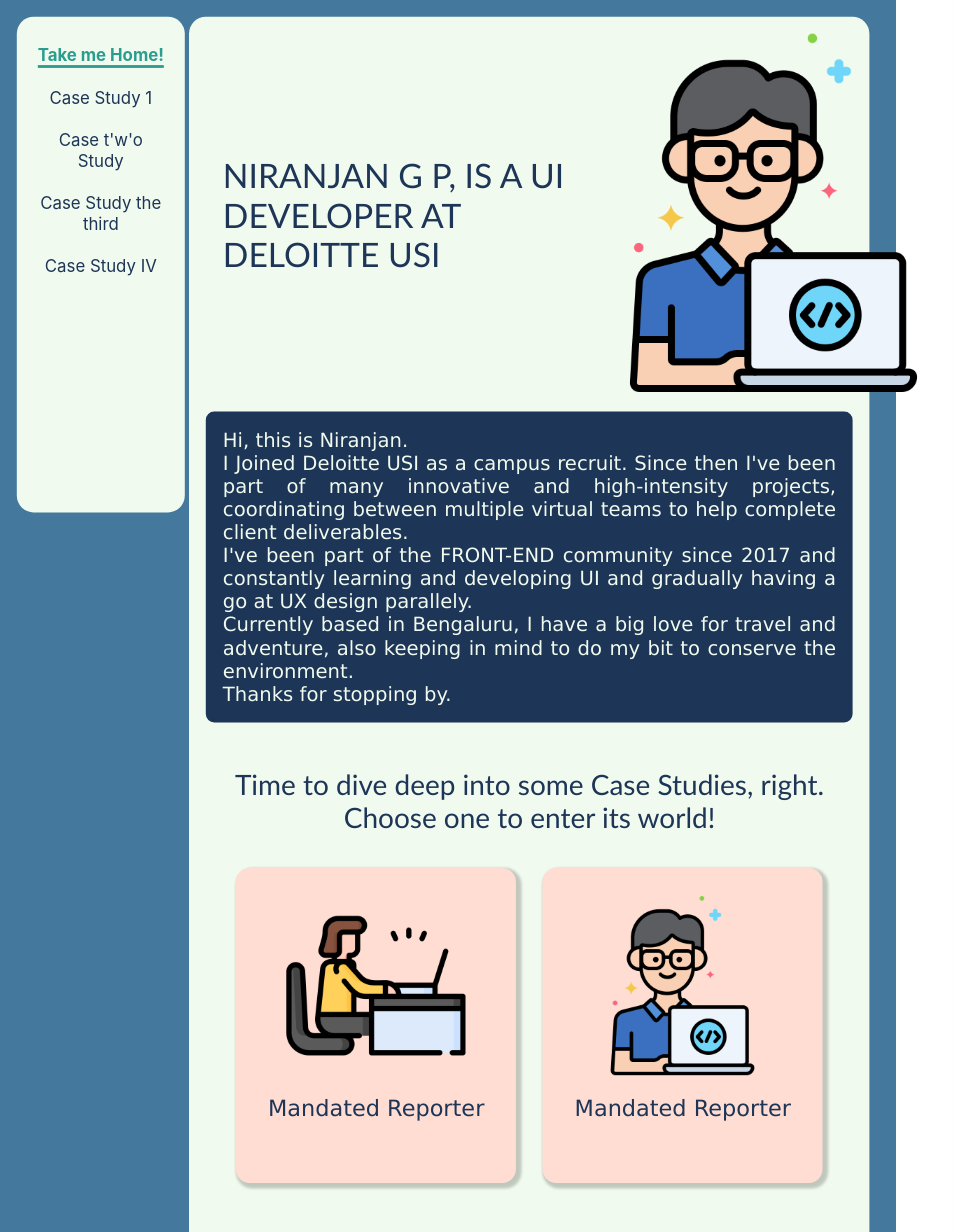
Repository: niranjangp/portfolioReact
Page: /
The author's editor kept a copy of each file at every save. The page is drawn from the files as they stood at one save, then again after the next save.
The browser window is 1280 px wide. The page is 1361 px wide, so the pictures cover 1361 px, including what lies to the right of the window. The pictures show the part of the page from y = 0 to 1760 px (the page is 2551 px tall), at 70% of full size.
The project was rebuilt for these pictures with package versions that can differ from the ones it lists, and the page was loaded fresh each time. Also part of the build but not shown: src/pages/csOne.jsx, src/pages/notFound.jsx.

Above is the page before, as saved 2022-02-01 01:03:20.

### public/index.html
<!DOCTYPE html>
<html lang="en">
  <head>
    <meta charset="utf-8" />
    <!--<link rel="icon" href="%PUBLIC_URL%/favicon.ico" />-->
    <meta name="viewport" content="width=device-width, initial-scale=1" />
    <meta name="theme-color" content="#000000" />
    <meta
      name="description"
      content="Web site created using create-react-app"
    />
    <!--<link rel="apple-touch-icon" href="%PUBLIC_URL%/logo192.png" />-->
    <!--
      manifest.json provides metadata used when your web app is installed on a
      user's mobile device or desktop. See https://developers.google.com/web/fundamentals/web-app-manifest/
    -->
    <link rel="manifest" href="%PUBLIC_URL%/manifest.json" />
    <!--
      Notice the use of %PUBLIC_URL% in the tags above.
      It will be replaced with the URL of the `public` folder during the build.
      Only files inside the `public` folder can be referenced from the HTML.

      Unlike "/favicon.ico" or "favicon.ico", "%PUBLIC_URL%/favicon.ico" will
      work correctly both with client-side routing and a non-root public URL.
      Learn how to configure a non-root public URL by running `npm run build`.
    -->
    <title>Portfolio</title>
  </head>
  <body>
    <noscript>You need to enable JavaScript to run this app.</noscript>
    <div id="root"></div>
    <!--
      This HTML file is a template.
      If you open it directly in the browser, you will see an empty page.

      You can add webfonts, meta tags, or analytics to this file.
      The build step will place the bundled scripts into the <body> tag.

      To begin the development, run `npm start` or `yarn start`.
      To create a production bundle, use `npm run build` or `yarn build`.
    -->
  </body>
</html>

### src/index.css
body {
  margin: 0;
  font-family: -apple-system, BlinkMacSystemFont, 'Segoe UI', 'Roboto', 'Oxygen',
    'Ubuntu', 'Cantarell', 'Fira Sans', 'Droid Sans', 'Helvetica Neue',
    sans-serif;
  -webkit-font-smoothing: antialiased;
  -moz-osx-font-smoothing: grayscale;
  box-sizing: border-box;
}

code {
  font-family: source-code-pro, Menlo, Monaco, Consolas, 'Courier New',
    monospace;
}

p {
  margin: 0;
}

### src/App.js
import './App.css';

import { Route, NavLink, Switch, Redirect } from 'react-router-dom';
import EnterTheDesign from './pages/enterDesign';
import CSOne from './pages/csOne';
import NotFound from './pages/notFound';

function App() {
  const flatIconLink = "https://www.flaticon.com/free-icons/programmer";


  return (
    <div className='App'>
      <div className="containerOne">
        <nav className='navigation'>
          <div className='navDiv'>
            <NavLink activeClassName="nav-link active" className="nav-link" to="/enter-the-design">Take me Home!</NavLink>
          </div>
          <div className='navDiv'>
            <NavLink activeClassName="nav-link active" className="nav-link" to="/cs-one">Case Study 1</NavLink>
          </div>
          <div className='navDiv'>
            <NavLink activeClassName="nav-link active" className="nav-link" to="/cs-two">Case t'w'o Study</NavLink>
          </div>
          <div className='navDiv'>
            <NavLink activeClassName="nav-link active" className="nav-link" to="/cs-three">Case Study the third</NavLink>
          </div>
          <div className='navDiv'>
            <NavLink activeClassName="nav-link active" className="nav-link" to="/cs-three">Case Study IV</NavLink>
          </div>
        </nav>
        <main className='mainOne'>
          <Switch>
            <Route exact path="/" ><Redirect to="/enter-the-design" /></Route>
            <Route path="/enter-the-design" ><EnterTheDesign /></Route>
            <Route exact path="/cs-one" ><CSOne /></Route>

            <Route path="*"><NotFound /></Route>
          </Switch>
          {/*<div className='firstRow'>
            <div className="width-60">
              <p className='fr-info'>NIRANJAN G P, IS A UI DEVELOPER AT DELOITTE USI</p>
            </div>
            <div className="width-40 img-block">
              <img src={avatarIcon} alt="avatar-icon" className='avtr-img' />
            </div>
          </div>
          <div className='sec-row'>
            <p>Hi, this is Niranjan.</p>
            <p>I Joined Deloitte USI as a campus recruit. Since then I've been part of many innovative and high-intensity projects, coordinating between multiple virtual teams to help complete client deliverables.</p>
            <p>I've been part of the FRONT-END community since 2017 and constantly learning and developing UI and gradually having a go at UX design parallely.</p>
            <p>Currently based in Bengaluru, I have a big love for travel and adventure, also keeping in mind to do my bit to conserve the environment.</p>
            <p>Thanks for stopping by.</p>
          </div>*/}

        </main>
        <footer>
          <div className='footer-info'>
            <p>Niranjan G P</p>
            <p>Design & Develop</p>
            <p>Please consider the Environment while printing.</p>
          </div>
          <div>
            <a href={flatIconLink} title="programmer icons">Programmer icons created by Flat Icons - Flaticon</a>
            <a href="https://www.flaticon.com/free-icons/work-from-home" title="work from home icons">Work from home icons created by Freepik - Flaticon</a>
            {/*<a target="_blank" rel="noopener noreferrer" href={avatarLink}>Avatar</a> icon by <a target="_blank" rel="noopener noreferrer" href={icon8link}>Icons8</a>*/}
          </div>
        </footer>
      </div>

    </div>
  );
}

export default App;

### src/App.css
.containerOne {
  background-color: #45789d;
  padding: 24px;
  position: relative;
}

.mainOne {
  width: 75%;
  margin-left: 20%;
  background-color: #F1FAEE;
  height: 100%;
  border-radius: 1.5rem;
  padding:24px;
}

.navigation {
  position: absolute;
  top: 24px;
  left: 24px;
  width: 15%;
  height: 660px;
  background-color: #F1FAEE;
  border-radius: 1.5rem;
  padding:24px;
}

.navDiv {
  padding: 16px 0;
  text-align: center;
}

.nav-link {
  font-size: 24px;
  text-decoration: none;
  color: #1d3557;
}

.nav-link.active {
  color: #2a9d8f;
  font-weight: bold;
  border-bottom: 4px solid #2a9d8f;
}

.fr-info {
  font-size: 3rem;
  font-family:'Gill Sans', 'Gill Sans MT', Calibri, 'Trebuchet MS', sans-serif;
  padding: 24px;
  color: #1d3557;
}

.firstRow {
  display: flex;
  align-items: center;
  margin-bottom: 1.5rem;
}

.width-60 {
  width: 60%;
}

.width-40 {
  width: 40%;
}

.fullWidth {
  width: 100%;
}

.img-block {
  text-align: center;
}

.sec-row {
  background-color: #1d3557;
  color: #f1faee;
  border-radius: 0.75rem;
  padding: 24px;
  font-family: 'Lucida Sans', 'Lucida Sans Regular', 'Lucida Grande', 'Lucida Sans Unicode', Geneva, Verdana, sans-serif;
  font-size: 28px;
  text-align: justify;
}

.centered {
  margin: 3rem auto;
  text-align: center;
  display: flex;
  justify-content: center;
  align-items: center;
}

.linkSel {
  text-decoration: underline;
  font-weight: bold;
}

.third-row {
  display: flex;
  flex-wrap: wrap;
  padding: 64px 24px;
}

.card-box {
  width: 50%;
  text-align: center;
}

.card {
  width: 400px;
  height: 450px;
  background-color: #ffddd2;
  border-radius: 20px;
  box-shadow: 4px 4px 4px 4px rgba(0, 0, 0, 0.2);
  margin: 3rem auto;
  flex-grow: 1;
  flex-shrink: 1;
  transition: width 500ms ease 0s;
}

.card:hover {
  box-shadow: 4px 4px 4px 8px rgba(0, 0, 0, 0.2);
  width: 420px;
  height: 470px;
  cursor: pointer;
}

.card a {
  text-decoration: none;
}

.card p {
  font-size: 32px;
  padding: 24px;
  color: #1d3557;
  font-family: Verdana, Geneva, Tahoma, sans-serif;
}

.card-icon {
  width: 256px;
  margin-top: 40px;
}

.intro-cs {
  text-align: center;
  font-size: 40px;
  color: #1d3557;
  font-family:'Trebuchet MS', 'Lucida Sans Unicode', 'Lucida Grande', 'Lucida Sans', Arial, sans-serif;
}

footer {
  width: 75%;
  margin-left: 20%;
  background-color: #F1FAEE;
  height: 100%;
  border-radius: 1.5rem;
  padding:24px;
}
.footer-info {
  font-size: 1.5rem;
}

/*.containerOne {
  background-color: #F1FAEE;
}
.mainOne {
  background-color: #a8dadc;
  width: 75%;
  margin-left: 20%;
  /-*background-color: #45789d;*-/
  height: 660px;
}

.p1 {
  color: #1d3557;
}
.p2 {
  color: #f1faee;
}*/

/*.App-logo {
  height: 40vmin;
  pointer-events: none;
}

@media (prefers-reduced-motion: no-preference) {
  .App-logo {
    animation: App-logo-spin infinite 20s linear;
  }
}

.App-header {
  background-color: #282c34;
  min-height: 100vh;
  display: flex;
  flex-direction: column;
  align-items: center;
  justify-content: center;
  font-size: calc(10px + 2vmin);
  color: white;
}

.App-link {
  color: #61dafb;
}*/

@keyframes App-logo-spin {
  from {
    transform: rotate(0deg);
  }
  to {
    transform: rotate(360deg);
  }
}

### src/pages/enterDesign.jsx
import React from 'react';
import Icons from '../assets/programmer.png';
import WorkingIcon from '../assets/working.png';
import { Link } from 'react-router-dom';


const enterDesign = () => {
    const avatarIcon = Icons;

    const navtoCardDet = () => {
        try {
            console.log('inside card det func');
        } catch (e) {
            console.log('Error in navToCardDet', e.stack());
        }
    }

    return (
        <React.Fragment>
            <div className='firstRow'>
                <div className="width-60">
                    <p className='fr-info'>NIRANJAN G P, IS A UI DEVELOPER AT DELOITTE USI</p>
                </div>
                <div className="width-40 img-block">
                    <img src={avatarIcon} alt="avatar-icon" className='avtr-img' />
                </div>
            </div>
            <div className='sec-row'>
                <p>Hi, this is Niranjan.</p>
                <p>I Joined Deloitte USI as a campus recruit. Since then I've been part of many innovative and high-intensity projects, coordinating between multiple virtual teams to help complete client deliverables.</p>
                <p>I've been part of the FRONT-END community since 2017 and constantly learning and developing UI and gradually having a go at UX design parallely.</p>
                <p>Currently based in Bengaluru, I have a big love for travel and adventure, also keeping in mind to do my bit to conserve the environment.</p>
                <p>Thanks for stopping by.</p>
            </div>
            <div className='third-row'>
                <div className='fullWidth intro-cs'>
                    <p>Time to dive deep into some Case Studies, right.</p>
                    <p>Choose one to enter its world!</p>
                </div>
                <div className='card-box'>
                    <div className="card">
                        <Link to="/cs-one">
                            <img src={WorkingIcon} alt="card-icon" className='card-icon' />
                            <p>Mandated Reporter</p>
                            {/*<p>Click to Enter!!!</p>*/}
                        </Link>
                    </div>
                </div>
                <div className='card-box'>
                    <div className="card" onClick={navtoCardDet}>
                        <img src={avatarIcon} alt="card-icon" className='card-icon' />
                        <p>Mandated Reporter</p>
                    </div>
                </div>
                <div className='card-box'>
                    <div className="card" onClick={navtoCardDet}>
                        <img src={avatarIcon} alt="card-icon" className='card-icon' />
                        <p>Mandated Reporter</p>
                    </div>
                </div>
                <div className='card-box'>
                    <div className="card" onClick={navtoCardDet}>
                        <img src={avatarIcon} alt="card-icon" className='card-icon' />
                        <p>Mandated Reporter</p>
                    </div>
                </div>
            </div>
        </React.Fragment>
    )
};

export default enterDesign;

Loaded but not shown: src/index.js (common file); src/reportWebVitals.js (common file)

After the next save:
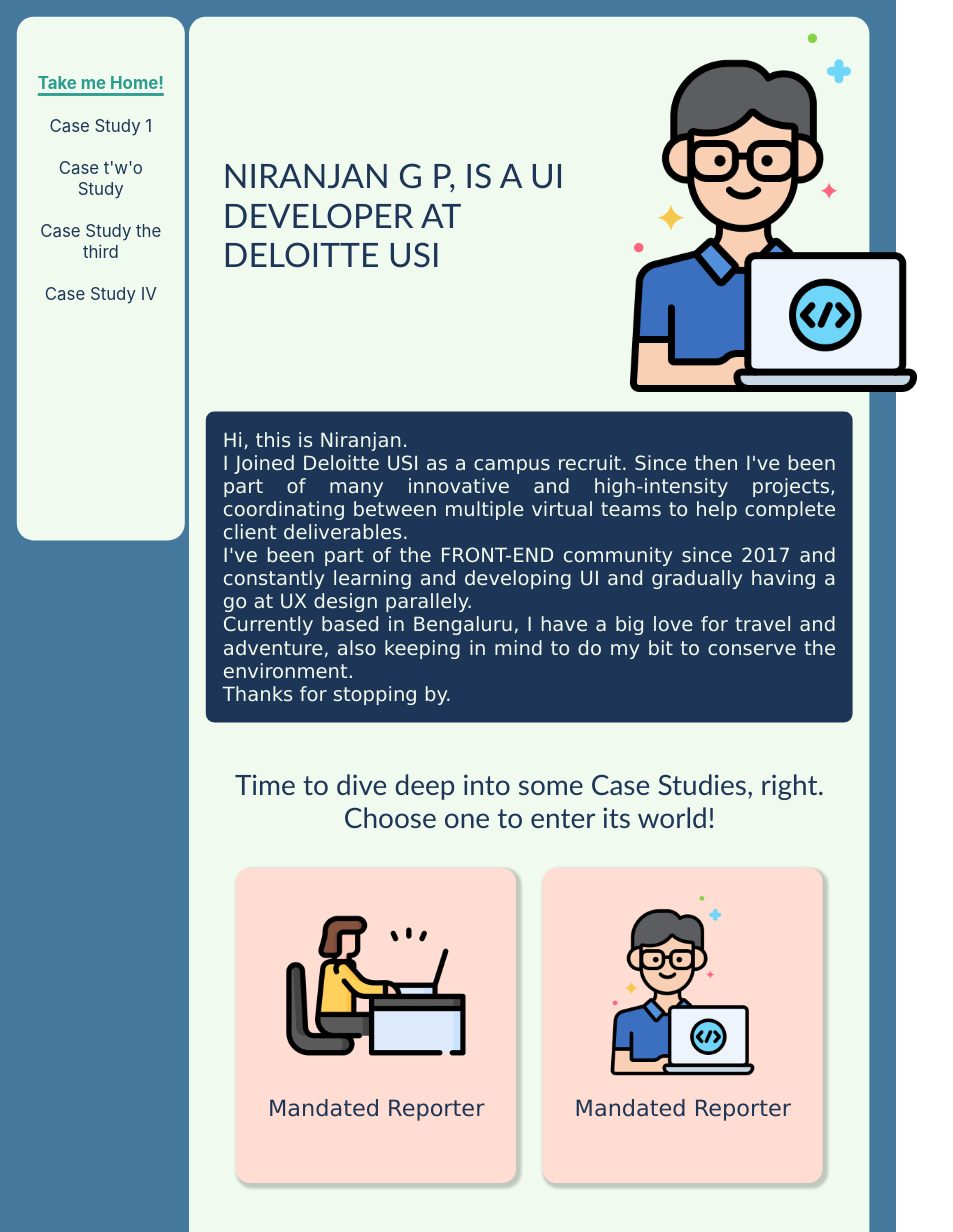
Saved 92 s later.
--- a/src/App.css
+++ b/src/App.css
@@ -21,7 +21,7 @@
   height: 660px;
   background-color: #F1FAEE;
   border-radius: 1.5rem;
-  padding:24px;
+  padding: 64px 24px 24px;
 }
 
 .navDiv {
